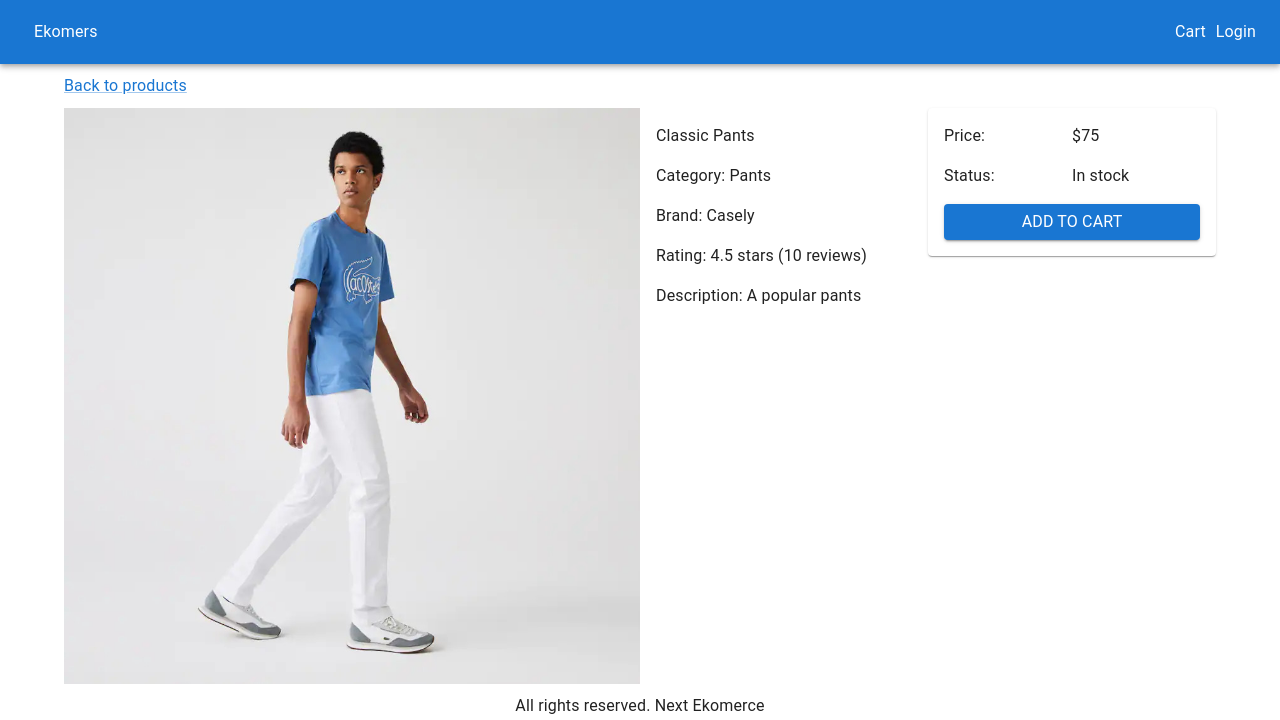
Repository: ChakmaSajib/ekomerce
Page: /product/classic-pants
These files come from the project's save history. The page is drawn as it stood at one moment and after the next save; the edit follows.
The browser window is 1280 px wide. The pictures show the whole page.
The project was rebuilt for these pictures with package versions that can differ from the ones it lists, and the page was loaded fresh each time. The framework's server and built-in components were replaced by stand-ins that run in the browser. Also part of the build but not shown: next.config.js.

Above is the page before, as saved 2022-01-02 13:26:59.

After the next save:
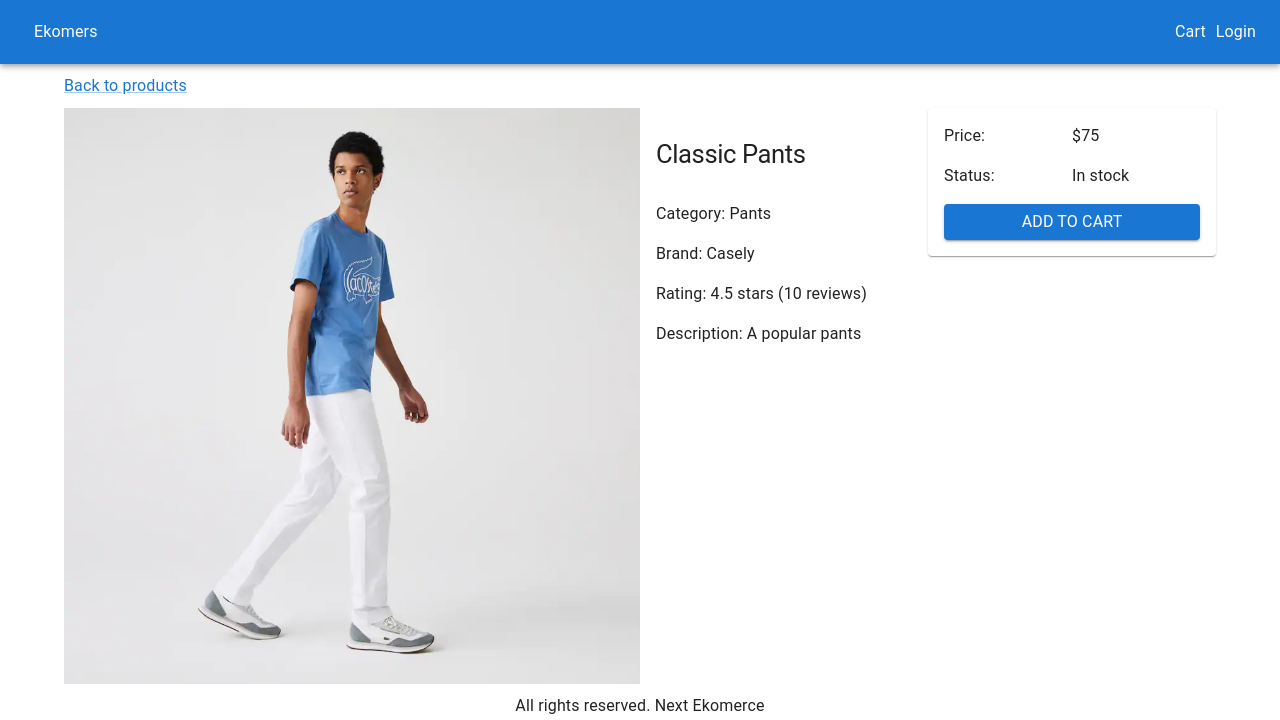
Saved 55 s later.
--- a/pages/product/[slug].js
+++ b/pages/product/[slug].js
@@ -47,7 +47,7 @@
                      */}
                     <List>
                         <ListItem>
-                            <Typography component="h1"> {product.name}</Typography>
+                            <Typography component="h1" variant="h1"> {product.name}</Typography>
                         </ListItem>
                         <ListItem>
                             <Typography> Category: {product.category}</Typography>
